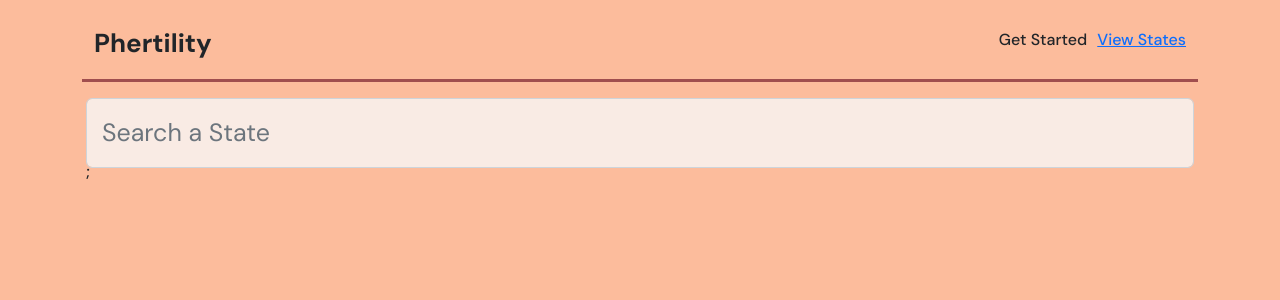
Repository: KaiDubauskas/phertility
Page: /states (app in frontend/app/)
These files come from the project's save history. The page is drawn as it stood at one moment and after the next save; the edit follows.
The browser window is 1280 px wide. The pictures show the whole page.
The page's requests for data from a server got no answer. The project was rebuilt for these pictures with package versions that can differ from the ones it lists, and the page was loaded fresh each time. No one was signed in, and anything a server would have sent is missing. Also part of the build but not shown: frontend/app/src/CurrentLocation.js, frontend/app/src/Map.js, frontend/app/src/Images/index.js, frontend/app/src/components/homepage.js.

Above is the page before, as saved 2022-10-23 02:55:10.

### frontend/app/public/index.html
<!DOCTYPE html>
<html lang="en">
  <head>
    <meta charset="utf-8" />

    <meta name="viewport" content="width=device-width, initial-scale=1" />
    <meta name="theme-color" content="#000000" />
    <meta
      name="description"
      content="Web site created using create-react-app"
    />
    <!--
      manifest.json provides metadata used when your web app is installed on a
      user's mobile device or desktop. See https://developers.google.com/web/fundamentals/web-app-manifest/
          <link rel="icon" href="%PUBLIC_URL%/favicon.ico" />
            <link rel="manifest" href="%PUBLIC_URL%/manifest.json" />
    -->

    <!--
      Notice the use of %PUBLIC_URL% in the tags above.
      It will be replaced with the URL of the `public` folder during the build.
      Only files inside the `public` folder can be referenced from the HTML.

      Unlike "/favicon.ico" or "favicon.ico", "%PUBLIC_URL%/favicon.ico" will
      work correctly both with client-side routing and a non-root public URL.
      Learn how to configure a non-root public URL by running `npm run build`.
    -->
    <title>React App</title>
  </head>
  <body>
    <noscript>You need to enable JavaScript to run this app.</noscript>
    <div id="root"></div>
    <!--
      This HTML file is a template.
      If you open it directly in the browser, you will see an empty page.

      You can add webfonts, meta tags, or analytics to this file.
      The build step will place the bundled scripts into the <body> tag.

      To begin the development, run `npm start` or `yarn start`.
      To create a production bundle, use `npm run build` or `yarn build`.
    -->
  </body>
</html>

### frontend/app/src/index.js
import React from 'react';
import ReactDOM from 'react-dom/client';
import './index.css';
import App from './App';
import { BrowserRouter } from "react-router-dom";


const root = ReactDOM.createRoot(document.getElementById('root'));
root.render(
    // <React.StrictMode>
      <BrowserRouter>
        <App />
      </BrowserRouter>
    // </React.StrictMode>
);

### frontend/app/src/App.js
import './App.css';
import Map from './Map';
import { Routes, Route, Link, useRoutes } from 'react-router-dom';
import "bootstrap/dist/css/bootstrap.min.css";
import Homepage from "./components/homepage.js";
import Header from "./components/header.js";
import States from "./components/states.js"

function App() {
  return (
    <div className="App">
      <Header/>
      <Routes>
        <Route path="/" element={<Homepage/>}/>
        <Route path="/map" element={<Map/>}/>
        <Route path="/states" element={<States/>}/>
      </Routes>

    </div>
  );
}

export default App;

### frontend/app/src/App.css
@import url('https://fonts.googleapis.com/css2?family=DM+Sans:wght@400;500;700&display=swap');

* {
  background-color: #fcbc9c;
  font-family: 'DM Sans', sans-serif;
  font-weight: 500;
}

.startor{
  margin-right: 10px;
}
.App {
  height: 100vh;
  background-color: #fcbc9c;
}

.sticky-top {
  position: sticky;
  top: 0;
  z-index: 1020;
}

.brdr {
  border-bottom-style: solid;
  border-bottom-color: rgb(160, 78, 78);
}

.logo-title {
  font-size: 26px;
  font-weight: 700;
}

.jumbot {
  height: calc(100vh + -160px);
}

/* .mapWords{
  height: calc(100vh + -160px);
} */

.btnStart {
  background-color: #f56c7a;
  text-decoration: none;
  font-weight: 450;
  border: none;
  border-radius: 0.6em;
  font-size: 1.25em;
  width: 6.5em;
  height: 48px;
}

.btnStart:hover {
  background-color: #eb4e5d;
}

### frontend/app/src/components/header.js
import React, { useState, useEffect } from "react";
import { Routes, Route, Link, useRoutes } from 'react-router-dom';
import "bootstrap/dist/css/bootstrap.min.css";
import '../App.css';


const Header = () => {
    return (
        <nav class="sticky-top py-3 py-lg-7 bg-">
            <div class="d-block">
                <div class="container">
                    <div class="container-fluid d-inline-flex flex-column flex-md-row align-items-center justify-content-between pt-2 pb-3 brdr">
                        <div class="col-5 logo-title">
                            Phertility
                        </div>
                        {/* <div class="container-fluid"> */}
                        {/* <div class="container-fluid col-7 text-end d-inline-flex flex-column"> */}
                            <nav class="d-inline-flex">
                            <h6 class="startor">Get Started</h6>
                            <Link to={{
                                pathname: `/states`,

                            }}>
                            <h6>View States</h6>

                            </Link>
                            </nav>
                        {/* </div> */}
                        {/* </div> */}
                    </div>
                </div>
            </div>
        </nav>
    )
}

export default Header;

### frontend/app/src/components/states.js
import React, {useState, useEffect} from 'react';
import {doc, setDoc, getDocs, collection, startAfter} from "firebase/firestore";
import {db} from './database';
import 'bootstrap/dist/css/bootstrap.min.css';
import Card from 'react-bootstrap/Card';
import Form from 'react-bootstrap/Form';
import CardGroup from 'react-bootstrap/CardGroup';
import '../states.css';
import '../App.css';


function States(){

    const [searchState, setSearchState]=useState("");
    const [latest, setLatest]=useState([]);
    const [result, setResult]=useState([]);
    useEffect(() => {
        let newArr = [];
        getDocs(collection(db, "policies")).then((states) => {
        states.forEach((state) =>
          newArr.push({
            name: state.id,
            policy: state.data().policy,
            imgLink: state.data().imgLink,
            numFacilities: state.data().noOfFacilities,
            percentAborted: state.data().percentageAborted,
            totalAbortion: state.data().totalAbortion
          })
        );
        console.log(newArr);
        setResult(newArr);
      });
    }, []);
    const filterState= result.filter(item=> {
        return searchState!== "" ? item.name.includes(searchState) : item;
      });


    const states= filterState.map((data, i) => {
        return (

        <div class="container-fluid cardFull justify-content-between align-items-center px-0">
            <Card
            key={i}
            bg="light"
            text="dark"
            className="text-center theCard ml-0"
            >
          {/* <Card.Img class="cardImg" src={data.imgLink} alt="Card Image" /> */}
          {/* <Card.ImgOverlay> */}
          <Card.Body class="container-fluid cardBody">
            {/* <div class="container-fluid"> */}
            <Card.Title class="cardTitle"> <b>{data.name}</b></Card.Title>
            <Card.Text class="cardText"> Policies: {data.policy} </Card.Text>
            <Card.Text class="cardText"> Number of Facilities: <b>{data.numFacilities}</b> </Card.Text>
            <Card.Text class="cardText"> Percentage of Pregnancies Aborted: <b>{data.percentAborted}</b> </Card.Text>
            <Card.Text class="cardText"> Total Abortions in Past Year: <b>{data.totalAbortion}</b> </Card.Text>
            {/* </div> */}

          </Card.Body>
          {/* </Card.ImgOverlay> */}
            </Card>
        </div>

      );
    });

return (
<div class="container-fluid ppl">
<div class="container px-3">
<Form className="form">
<Form.Group className="search" controlId="formGroupSearch">
<Form.Control
type="text"
placeholder="Search a State"
onChange={e=> setSearchState(e.target.value)}
/>
</Form.Group>
</Form>
<div className="countries justify-content-between align-items-center">
      {states};
</div>
</div>
</div>

)
};

export default States

### frontend/app/src/Map.css
 *{
    background-color: transparent;
}
.mapContainer{
    height: calc(96vh + -130px);
    /* height: 80vh; */
    background-color: transparent;
    margin: 8px 0px 8px 0px;
}
.marker-image{
    text-align: center;
    display: flex;
	position: relative;
	cursor: pointer;
	perspective: 800px;
    z-index: 0;
}
.marker-image img {
    height: 55px;
    z-index: 0;
}
.marker-image:hover img {
    z-index: 0;
}
.theImg{
    z-index: 0;

}
.marker-image .details {
	width: 120px;
	height: auto;
	padding: 7px;
    padding-top: 12px;
	position: fixed;
    border-radius: 0.8rem;
    align-items: center;
	content: "";
	top: 135px;
	left: 100%;
	transform: translate(-50%, -50%) rotateY(90deg);
	transform-origin: 50%;
	background: rgb(244, 176, 176);
	/* transition: all 0.4s ease-in; */
    z-index: 1;
}
.marker-image:hover .details {
	transform: translate(-37%, -55%) rotateY(0deg);
	opacity: 1;
    z-index: 1;
}

.containerIcon{
    align-items: center;

}
.block {
    align-items: center;

}
/* .loc-name{
    font-size: 10px;
    font-weight: bold;
    font-family: 'Raleway', sans-serif;
    font-family: 'Ubuntu', sans-serif;
}
.loc-add{
    font-size: 10px;
    font-family: 'Raleway', sans-serif;
    font-family: 'Ubuntu', sans-serif;
} */

### frontend/app/src/components/database.js
// Import the functions you need from the SDKs you need
import { initializeApp } from "firebase/app";
import {getFirestore} from "firebase/firestore";


// Your web app's Firebase configuration
// For Firebase JS SDK v7.20.0 and later, measurementId is optional
const firebaseConfig = {
    apiKey: "AIzaSyAyKVyTtIHEFPmZgM5wI_1ea4q7TUAxClQ",
    authDomain: "abortion-policy-project.firebaseapp.com",
    databaseURL: "https://abortion-policy-project-default-rtdb.firebaseio.com",
    projectId: "abortion-policy-project",
    storageBucket: "abortion-policy-project.appspot.com",
    messagingSenderId: "798743301439",
    appId: "1:798743301439:web:de466c3ecc408244cf578a",
    measurementId: "G-H2Y1R85YSG"
  };

  // Initialize Firebase
  const app = initializeApp(firebaseConfig);
  export const db = getFirestore(app);

### frontend/app/src/states.css

 .cardFull{
  background-color: #fcbc9c;
  font-family: 'DM Sans', sans-serif;
  font-weight: 500;
  align-items: center;
  justify-content: between;
}
.ppl{
  background-color: #fcbc9c;
}

.countries{
  background-color: #fcbc9c;
    display: grid;
    grid-template-columns: 33% 33% 33%;
    column-gap: 10px;
    line-height: 50%;

  }

.cardBody{
  background-color: #f9ebe4;
  height: 100%;
  position: relative;
  align-items: center;
  justify-content: between;
  line-height: normal;
  overflow-y: scroll;
}
.theCard{
  background-color: #f9ebe4;
  border-radius: 2rem;
  margin: 10px;
  height: 390px;
  overflow: hidden;
  padding-bottom: 1px;
  align-items: end;
  justify-content: end;
}

.theCard > *{
  background-color: #f9ebe4;
}

/* .cardBody > b{
  margin:3px;
  height: 10px;
} */
.form input{
  background-color: #f9ebe4;
    padding: 15px;
    font-size: 25px;
    color: black;
  }

  .cardText{
    background-color: #f9ebe4;
    margin: 15px 12px;
    font-size: 16px;

  }

  .cardTitle{
    padding-bottom: 5px;
    border-bottom: 1px solid black;
    background-color: #f9ebe4;
    margin: 20px;
    font-size: 22px;
    font-weight: bold;
  }
  b{
    background-color: #f9ebe4;
  }

  .cardImg{
    opacity: 0.5;
  }

Loaded but not shown: frontend/app/src/index.css (common file)

After the next save:
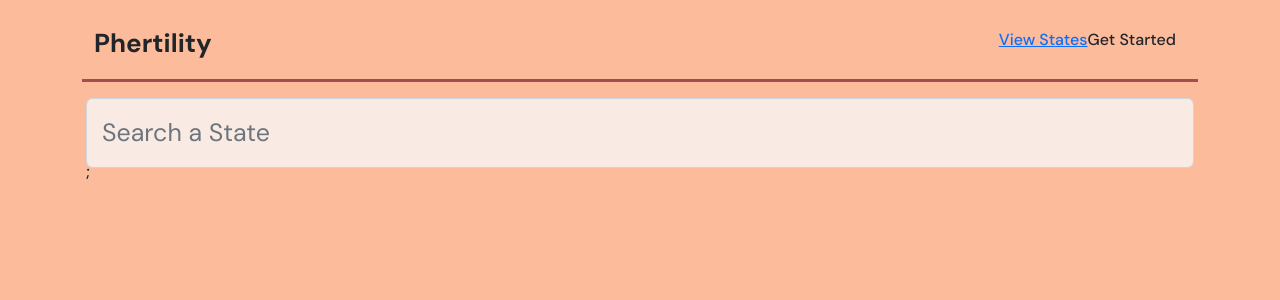
Saved 42 s later.
--- a/frontend/app/src/components/header.js
+++ b/frontend/app/src/components/header.js
@@ -16,7 +16,6 @@ const Header = () => {
                         {/* <div class="container-fluid"> */}
                         {/* <div class="container-fluid col-7 text-end d-inline-flex flex-column"> */}
                             <nav class="d-inline-flex">
-                            <h6 class="startor">Get Started</h6>
                             <Link to={{
                                 pathname: `/states`,
 
@@ -24,6 +23,8 @@ const Header = () => {
                             <h6>View States</h6>
 
                             </Link>
+                            <h6 class="startor">Get Started</h6>
+
                             </nav>
                         {/* </div> */}
                         {/* </div> */}
